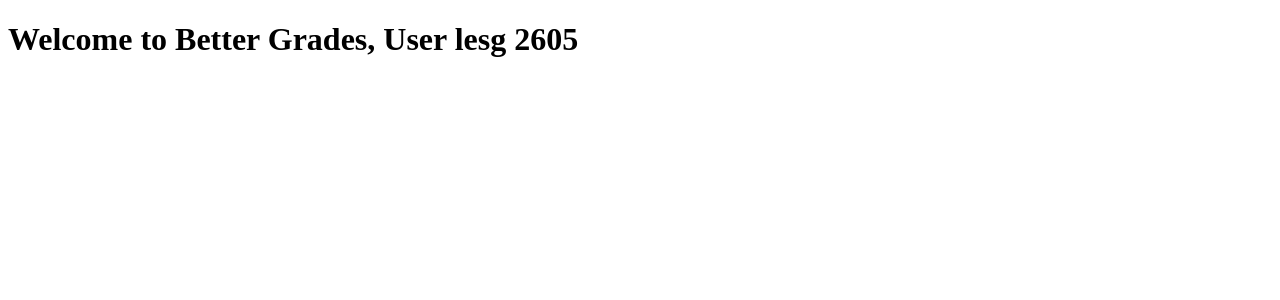
Repository: Kitty-kat-lol/Better-Grades-S3-e18
Page: http://localhost/Application/Home
These files come from the project's save history. The page is drawn as it stood at one moment and after the next save; the edit follows.
The browser window is 1280 px wide. The pictures show the whole page.
The page is served by Tomcat 9.

Above is the page before, as saved 2018-06-16 21:52:32.

After the next save:
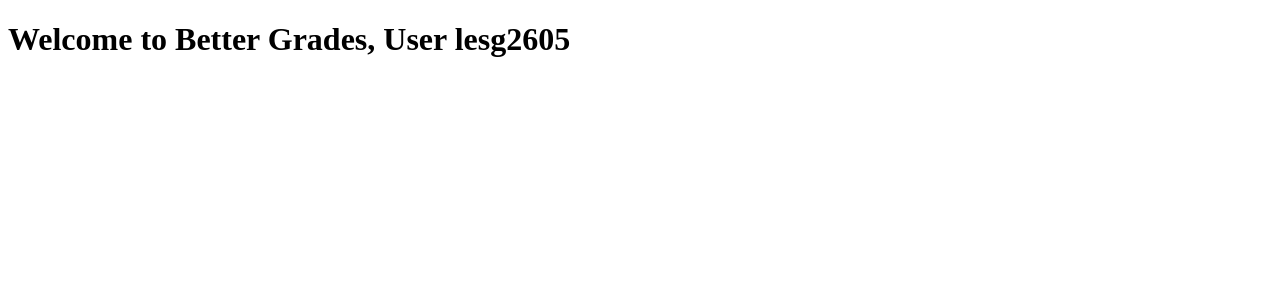
Saved 57 s later.
--- a/TestProject/Application/WebContent/Home.jsp
+++ b/TestProject/Application/WebContent/Home.jsp
@@ -11,8 +11,9 @@
 <body>
 
 <h1><%
-	out.println("Welcome to Better Grades,\n");
-	out.println("User lesg 2605");
+	out.println("Welcome to Better Grades,");
+	out.newLine();
+	out.println("User lesg2605");
 	%></h1>
 
 
